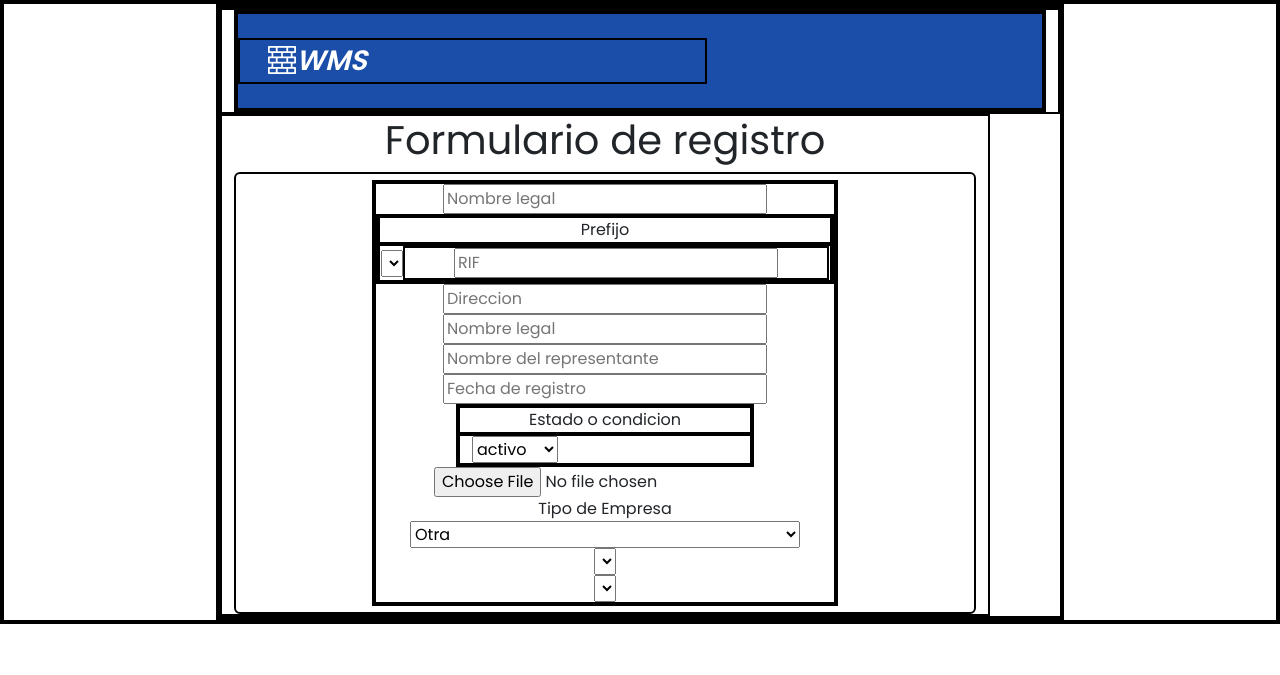
Repository: Rafa-x64/Gestion_inventario_practica
Page: http://localhost/Gestion_inventario/index.php?page=registro-empresa
The author's editor kept a copy of each file at every save. The page is drawn from the files as they stood at one save, then again after a run of saves.
The browser window is 1280 px wide. The pictures show the whole page.
The page is run by PHP 8.4 with error messages shown; the project is at /var/www/html/.

Above is the page before, as saved 2025-07-23 17:07:25.

After the next 16 saves:
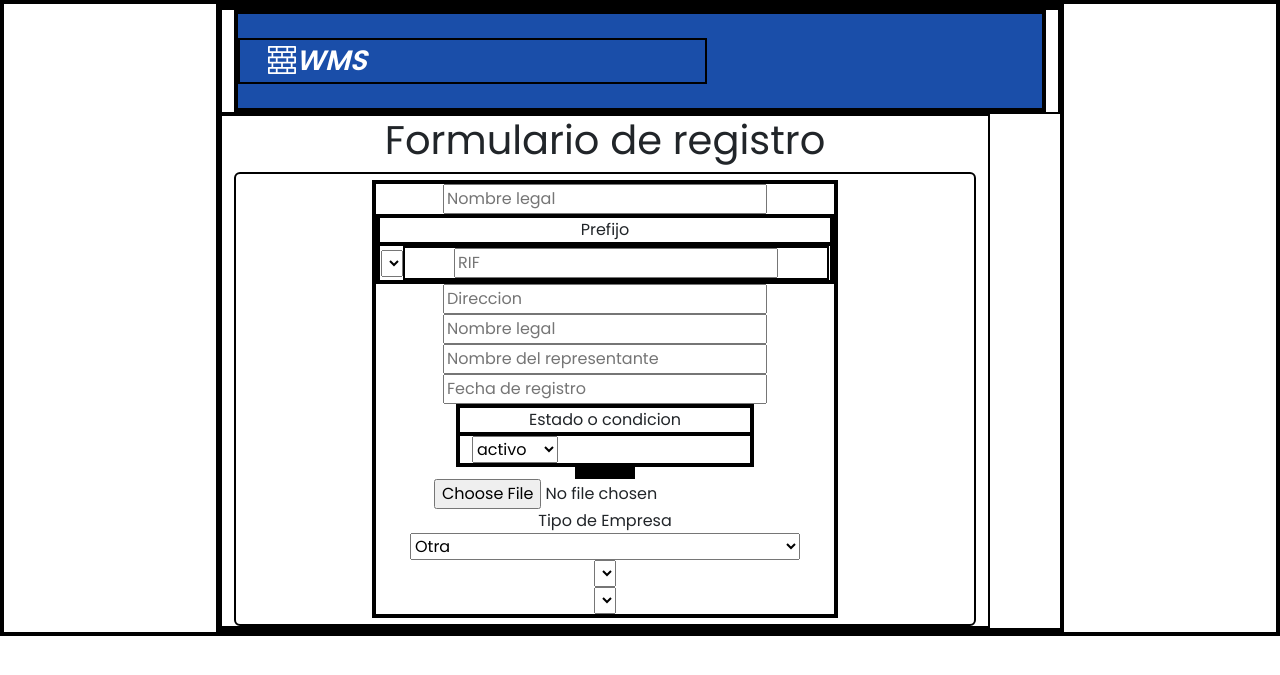
The 16 saves are shown as one change because they came seconds apart.
The last was saved 47 s later.
--- a/view/php/registro-empresa-view.php
+++ b/view/php/registro-empresa-view.php
@@ -61,8 +61,13 @@
                                         </select>
                                     </div>
                                 </div>
-                                <input type="file" name="" id="logo">
-                                <label for="">Tipo de Empresa</label>
+                                <div class="row">
+                                    <div class="col-12"></div>
+                                    <div class="col-12"></div>
+                                </div>
+                                <label for="logo"></label>
+                                <input type="file" name="logo" id="logo">
+                                <label for="tipo_empresa">Tipo de Empresa</label>
                                 <select name="tipo_empresa" id="tipo_empresa">
                                     <option value="otra">Otra</option>
                                     <option value="persona_natural">Persona Natural</option>
